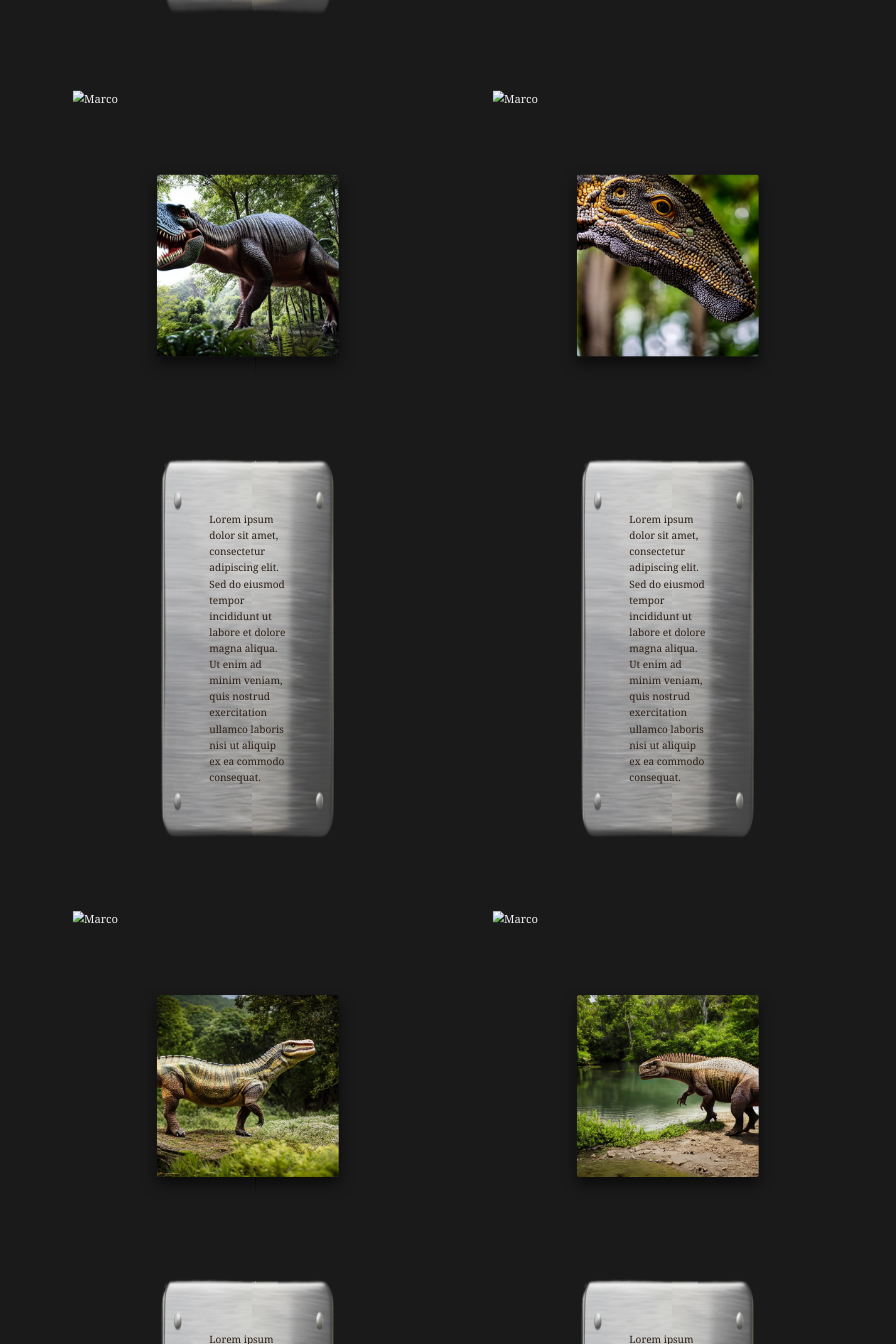
Repository: FormalIngenieroniel/YapperSaurusMuseum
Page: templates/index.html
The author's editor kept a record of every edit. The page is drawn from the files as they stood at one moment, then again after the next edit.
The browser window is 1280 px wide. The pictures show the part of the page from y = 1768 to 3688 px (the page is 6526 px tall before and 8239 px after), at 70% of full size.

Above is the page before.
Console error: TypeError: Cannot read properties of null (reading 'addEventListener')

### templates/index.html
<!DOCTYPE html>
<html lang="es">
<head>
    <meta charset="UTF-8">
    <meta name="viewport" content="width=device-width, initial-scale=1.0">
    <title>Museo de Dinosaurios</title>
    <link rel="stylesheet" href="./static/style.css">
</head>
<body>

    <div class="fondo-paralax"></div>

    <h1>Galería de Dinosaurios</h1>

    <div class="museo-container">

        <div class="dino-exhibit">
            <div class="dino-cuadro">
                <img src="./static/Carpetanosaurio rex/Waranatitan.png" alt="Waranatitan" class="dino-img">
                <img src="" alt="Marco" class="dino-marco">
            </div>
            <div class="dino-placa">
                <h3>Waranatitan</h3>
                <p>
                    <strong>Periodo:</strong> Cretácico Superior<br>
                    <strong>Dieta:</strong> Herbívoro
                </p>
                <p>
                    <strong>Descubrimiento:</strong> Dr. Lucius Bellwether, Formación Morrison (Colorado, EE. UU.), 2038.
                </p>
                <p>
                    <strong>Descripción Física:</strong> Titanosaurio de proporciones gigantescas, alcanzando 45 metros de largo y hasta 22 de alto. Poseía un cuello extremadamente largo, piel con placas escamosas de tonos marrón-rojizo y una distintiva cresta ósea en el cráneo, usada probablemente para cortejo o termorregulación.
                </p>
                <p style="font-size: 0.8rem; opacity: 0.8;">
                    <strong>Etimología:</strong> Del griego <em>waran</em> (grande) y <em>titan</em> (gigante), reflejando su colosal tamaño.
                </p>
            </div>
        </div>

        <div class="dino-exhibit">
            <div class="dino-cuadro">
                <img src="./static/Carpetanosaurio rex/Hianchangosaurus.png" alt="Dinosaurio 2" class="dino-img">
                <img src="" alt="Marco" class="dino-marco">
            </div>
            <div class="dino-placa">
                <p>Lorem ipsum dolor sit amet, consectetur adipiscing elit. Sed do eiusmod tempor incididunt ut labore et dolore magna aliqua. Ut enim ad minim veniam, quis nostrud exercitation ullamco laboris nisi ut aliquip ex ea commodo consequat.</p>
            </div>
        </div>

        <div class="dino-exhibit">
            <div class="dino-cuadro">
                <img src="./static/Carpetanosaurio rex/Ligantosaurus.png" alt="Dinosaurio 3" class="dino-img">
                <img src="" alt="Marco" class="dino-marco">
            </div>
            <div class="dino-placa">
                <p>Lorem ipsum dolor sit amet, consectetur adipiscing elit. Sed do eiusmod tempor incididunt ut labore et dolore magna aliqua. Ut enim ad minim veniam, quis nostrud exercitation ullamco laboris nisi ut aliquip ex ea commodo consequat.</p>
            </div>
        </div>

        <div class="dino-exhibit">
            <div class="dino-cuadro">
                <img src="./static/Carpetanosaurio rex/Nonosaurus.png" alt="Dinosaurio 4" class="dino-img">
                <img src="" alt="Marco" class="dino-marco">
            </div>
            <div class="dino-placa">
                <p>Lorem ipsum dolor sit amet, consectetur adipiscing elit. Sed do eiusmod tempor incididunt ut labore et dolore magna aliqua. Ut enim ad minim veniam, quis nostrud exercitation ullamco laboris nisi ut aliquip ex ea commodo consequat.</p>
            </div>
        </div>

        <div class="dino-exhibit">
            <div class="dino-cuadro">
                <img src="./static/Carpetanosaurio rex/Protogosaurus.png" alt="Dinosaurio 5" class="dino-img">
                <img src="" alt="Marco" class="dino-marco">
            </div>
            <div class="dino-placa">
                <p>Lorem ipsum dolor sit amet, consectetur adipiscing elit. Sed do eiusmod tempor incididunt ut labore et dolore magna aliqua. Ut enim ad minim veniam, quis nostrud exercitation ullamco laboris nisi ut aliquip ex ea commodo consequat.</p>
            </div>
        </div>

        <div class="dino-exhibit">
            <div class="dino-cuadro">
                <img src="./static/Carpetanosaurio rex/Rapalasaurus.png" alt="Dinosaurio 6" class="dino-img">
                <img src="" alt="Marco" class="dino-marco">
            </div>
            <div class="dino-placa">
                <p>Lorem ipsum dolor sit amet, consectetur adipiscing elit. Sed do eiusmod tempor incididunt ut labore et dolore magna aliqua. Ut enim ad minim veniam, quis nostrud exercitation ullamco laboris nisi ut aliquip ex ea commodo consequat.</p>
            </div>
        </div>

        <div class="dino-exhibit">
            <div class="dino-cuadro">
                <img src="./static/Carpetanosaurio rex/Siamensaurus.png" alt="Dinosaurio 7" class="dino-img">
                <img src="" alt="Marco" class="dino-marco">
            </div>
            <div class="dino-placa">
                <p>Lorem ipsum dolor sit amet, consectetur adipiscing elit. Sed do eiusmod tempor incididunt ut labore et dolore magna aliqua. Ut enim ad minim veniam, quis nostrud exercitation ullamco laboris nisi ut aliquip ex ea commodo consequat.</p>
            </div>
        </div>

        <div class="dino-exhibit">
            <div class="dino-cuadro">
                <img src="./static/Carpetanosaurio rex/Stenosaurus.png" alt="Dinosaurio 8" class="dino-img">
                <img src="" alt="Marco" class="dino-marco">
            </div>
            <div class="dino-placa">
                <p>Lorem ipsum dolor sit amet, consectetur adipiscing elit. Sed do eiusmod tempor incididunt ut labore et dolore magna aliqua. Ut enim ad minim veniam, quis nostrud exercitation ullamco laboris nisi ut aliquip ex ea commodo consequat.</p>
            </div>
        </div>

        <div class="dino-exhibit">
            <div class="dino-cuadro">
                <img src="./static/Carpetanosaurio rex/Waranatitan.png" alt="Dinosaurio 9" class="dino-img">
                <img src="" alt="Marco" class="dino-marco">
            </div>
            <div class="dino-placa">
                <p>Lorem ipsum dolor sit amet, consectetur adipiscing elit. Sed do eiusmod tempor incididunt ut labore et dolore magna aliqua. Ut enim ad minim veniam, quis nostrud exercitation ullamco laboris nisi ut aliquip ex ea commodo consequat.</p>
            </div>
        </div>

        <div class="dino-exhibit">
            <div class="dino-cuadro">
                <img src="./static/Carpetanosaurio rex/Yundanosaurus.png" alt="Dinosaurio 10" class="dino-img">
                <img src="" alt="Marco" class="dino-marco">
            </div>
            <div class="dino-placa">
                <p>Lorem ipsum dolor sit amet, consectetur adipiscing elit. Sed do eiusmod tempor incididunt ut labore et dolore magna aliqua. Ut enim ad minim veniam, quis nostrud exercitation ullamco laboris nisi ut aliquip ex ea commodo consequat.</p>
            </div>
        </div>

    </div>

    <script src="./static/script.js"></script>
</body>
</html>

### static/style.css
/* --- Variables Globales y Reseteo --- */
:root {
    --dino-img-size: 260px;
    --marco-borde-size: 120px;
    --color-fondo: #1a1a1a;
    --color-texto-placa: #2c1e14;
    --color-luz-foco: rgba(255, 223, 150, 0.75);
    --color-titulo: #f0f0f0;
}

* {
    margin: 0;
    padding: 0;
    box-sizing: border-box;
}

body {
    font-family: 'Georgia', serif;
    background-color: var(--color-fondo);
    color: var(--color-titulo);
    overflow-x: hidden;
}

h1 {
    text-align: center;
    margin: 40px 0;
    font-size: 3rem;
    font-weight: normal;
    color: var(--color-titulo);
    text-shadow: 2px 2px 8px rgba(0,0,0,0.8);
    position: relative;
    z-index: 10;
    letter-spacing: 2px;
}

.fondo-paralax {
    background-image: url('./Marcos/fondo.png');
    background-size: cover;
    background-position: center center;
    position: fixed;
    z-index: -1;
    top: -50px;
    left: -50px;
    right: -50px;
    bottom: -50px;
}

.museo-container {
    display: grid;
    grid-template-columns: repeat(2, 1fr);
    grid-template-rows: repeat(5, auto);
    gap: 100px;
    padding: 40px;
    width: 90%;
    max-width: 15000px;
    margin: 0 auto;
    position: relative;
    z-index: 5;
}

.dino-exhibit {
    display: flex;
    flex-direction: column;
    align-items: center;
    cursor: pointer;
    transition: transform 0.4s ease-out, opacity 0.4s ease-out;
}

.museo-container:hover .dino-exhibit {
    opacity: 0.5;
    transform: scale(0.98);
}

.museo-container .dino-exhibit:hover {
    opacity: 1;
    transform: scale(1.05);
}

.dino-cuadro {
    position: relative;
    width: calc(var(--dino-img-size) + 2 * var(--marco-borde-size));
    height: calc(var(--dino-img-size) + 2 * var(--marco-borde-size));
    margin-bottom: 20px;
    transition: filter 0.4s ease-out;
}

.dino-exhibit:hover .dino-cuadro {
    filter: drop-shadow(0 0 20px var(--color-luz-foco));
}

.dino-img {
    width: var(--dino-img-size);
    height: var(--dino-img-size);
    object-fit: cover;
    position: absolute;
    top: 50%;
    left: 50%;
    transform: translate(-50%, -50%);
    z-index: 1;
    box-shadow: 0 10px 20px rgba(0,0,0,0.6);
    border-radius: 4px;
}

.dino-marco {
    width: 100%;
    height: 100%;
    position: absolute;
    top: 0;
    left: 0;
    z-index: 2;
    pointer-events: none;
}

/* === NUEVO: ESTILOS DEL SLICER DE PLACAS === */

/* 1. Contenedor Principal del Slicer */
/* Ocupa el espacio de la placa original y oculta el contenido que se desborda */
.placa-slicer-container {
    position: relative;
    width: 100%;
    max-width: 500px;
    overflow: hidden; /* ¡La clave! Oculta la segunda placa */
    box-shadow: 0 5px 15px rgba(0,0,0,0.5);
    transition: height 0.6s cubic-bezier(0.86, 0, 0.07, 1);
}

/* 2. El Wrapper que se desliza */
/* Es el doble de ancho que el contenedor para albergar las dos placas */
.placa-wrapper {
    display: flex;
    width: 200%; /* 100% para cada una de las dos placas */
    /* Animación suave para el deslizamiento */
    transition: transform 0.6s cubic-bezier(0.86, 0, 0.07, 1);
    align-items: flex-start;
}

/* 3. Clase que activa el deslizamiento */
.placa-wrapper.slide-active {
    transform: translateX(-50%); /* Mueve el wrapper a la izquierda */
}

/* 4. Estilo de cada Placa dentro del Slicer */
.dino-placa {
    width: 50%;
    flex-shrink: 0;
    background-image: url('./Marcos/placatexto.png');
    background-size: 100% 100%;
    background-repeat: no-repeat;

    /* AJUSTE 1: Aumenta el padding para crear el margen interior */
    /* Puedes ajustar el '60px' si necesitas más o menos espacio lateral */
    padding: 80px 70px;

    text-align: left;
    color: var(--color-texto-placa);
    font-size: 0.9rem;
    line-height: 1.6;

    /* AJUSTE 2: Añade estas 3 líneas para centrar el contenido */
    display: flex;
    flex-direction: column;
    justify-content: center; /* ¡Esta es la clave para el centrado vertical! */
}

/* 5. Estilo de las Flechas de Navegación */
.slicer-arrow {
    position: absolute;
    top: 50%;
    transform: translateY(-50%);
    z-index: 20;
    background-color: rgba(44, 30, 20, 0.7);
    color: white;
    border: none;
    border-radius: 50%;
    width: 40px;
    height: 40px;
    font-size: 24px;
    font-weight: bold;
    cursor: pointer;
    display: flex;
    align-items: center;
    justify-content: center;
    transition: background-color 0.3s ease, transform 0.3s ease;
}

.slicer-arrow:hover {
    background-color: rgba(44, 30, 20, 1);
    transform: translateY(-50%) scale(1.1);
}

.slicer-arrow.prev {
    left: 10px;
}

.slicer-arrow.next {
    right: 10px;
}

Loaded but not shown: static/script.js (460 lines, source omitted)

After the next edit:
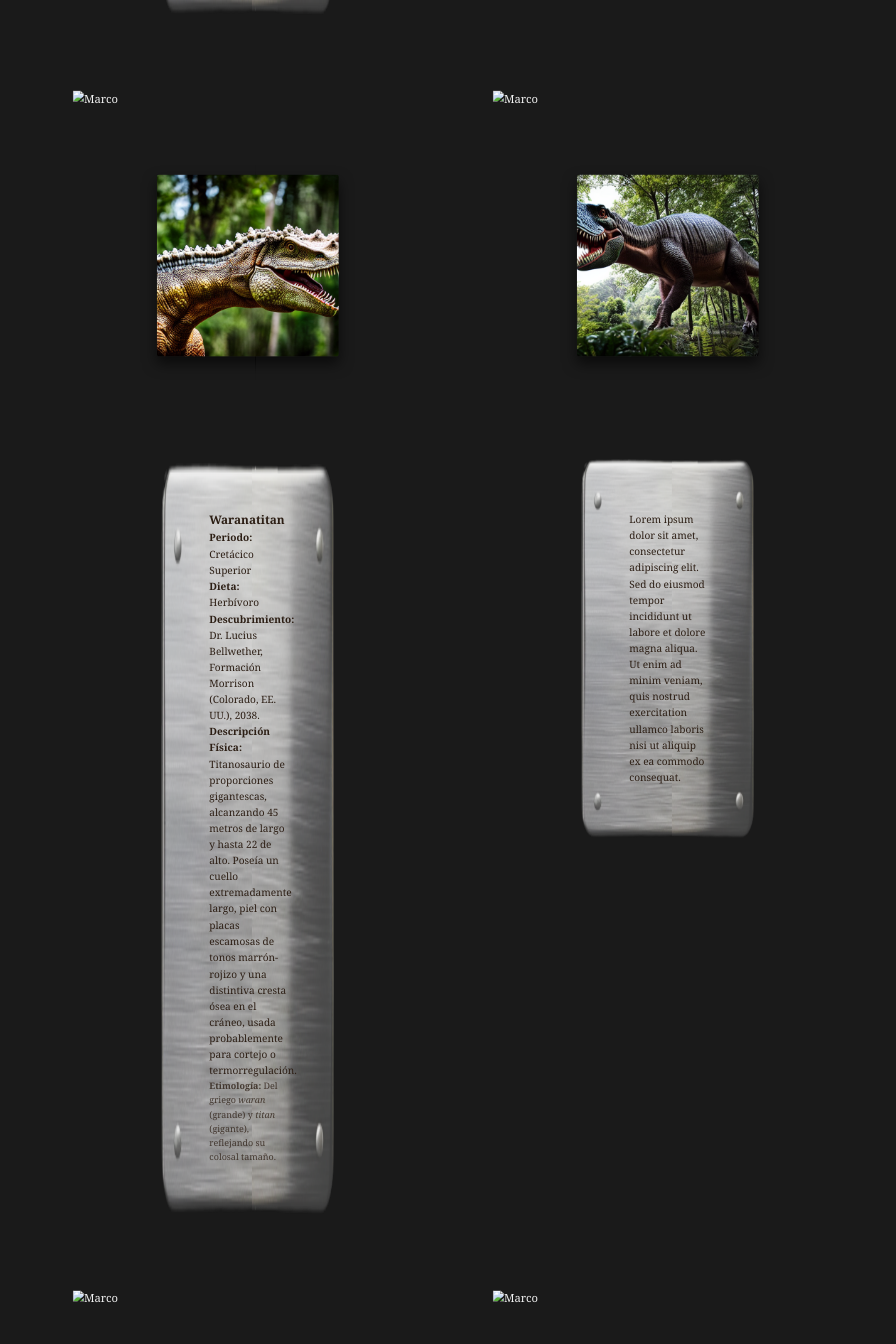
The edit:
--- a/templates/index.html
+++ b/templates/index.html
@@ -44,6 +44,28 @@
             </div>
             <div class="dino-placa">
                 <p>Lorem ipsum dolor sit amet, consectetur adipiscing elit. Sed do eiusmod tempor incididunt ut labore et dolore magna aliqua. Ut enim ad minim veniam, quis nostrud exercitation ullamco laboris nisi ut aliquip ex ea commodo consequat.</p>
+            </div>
+        </div>
+        <div class="dino-exhibit">
+            <div class="dino-cuadro">
+                <img src="./static/Carpetanosaurio rex/Hianchangosaurus.png" alt="Hianchangosaurus" class="dino-img">
+                <img src="" alt="Marco" class="dino-marco">
+            </div>
+            <div class="dino-placa">
+                <h3>Waranatitan</h3>
+                <p>
+                    <strong>Periodo:</strong> Cretácico Superior<br>
+                    <strong>Dieta:</strong> Herbívoro
+                </p>
+                <p>
+                    <strong>Descubrimiento:</strong> Dr. Lucius Bellwether, Formación Morrison (Colorado, EE. UU.), 2038.
+                </p>
+                <p>
+                    <strong>Descripción Física:</strong> Titanosaurio de proporciones gigantescas, alcanzando 45 metros de largo y hasta 22 de alto. Poseía un cuello extremadamente largo, piel con placas escamosas de tonos marrón-rojizo y una distintiva cresta ósea en el cráneo, usada probablemente para cortejo o termorregulación.
+                </p>
+                <p style="font-size: 0.8rem; opacity: 0.8;">
+                    <strong>Etimología:</strong> Del griego <em>waran</em> (grande) y <em>titan</em> (gigante), reflejando su colosal tamaño.
+                </p>
             </div>
         </div>
 
